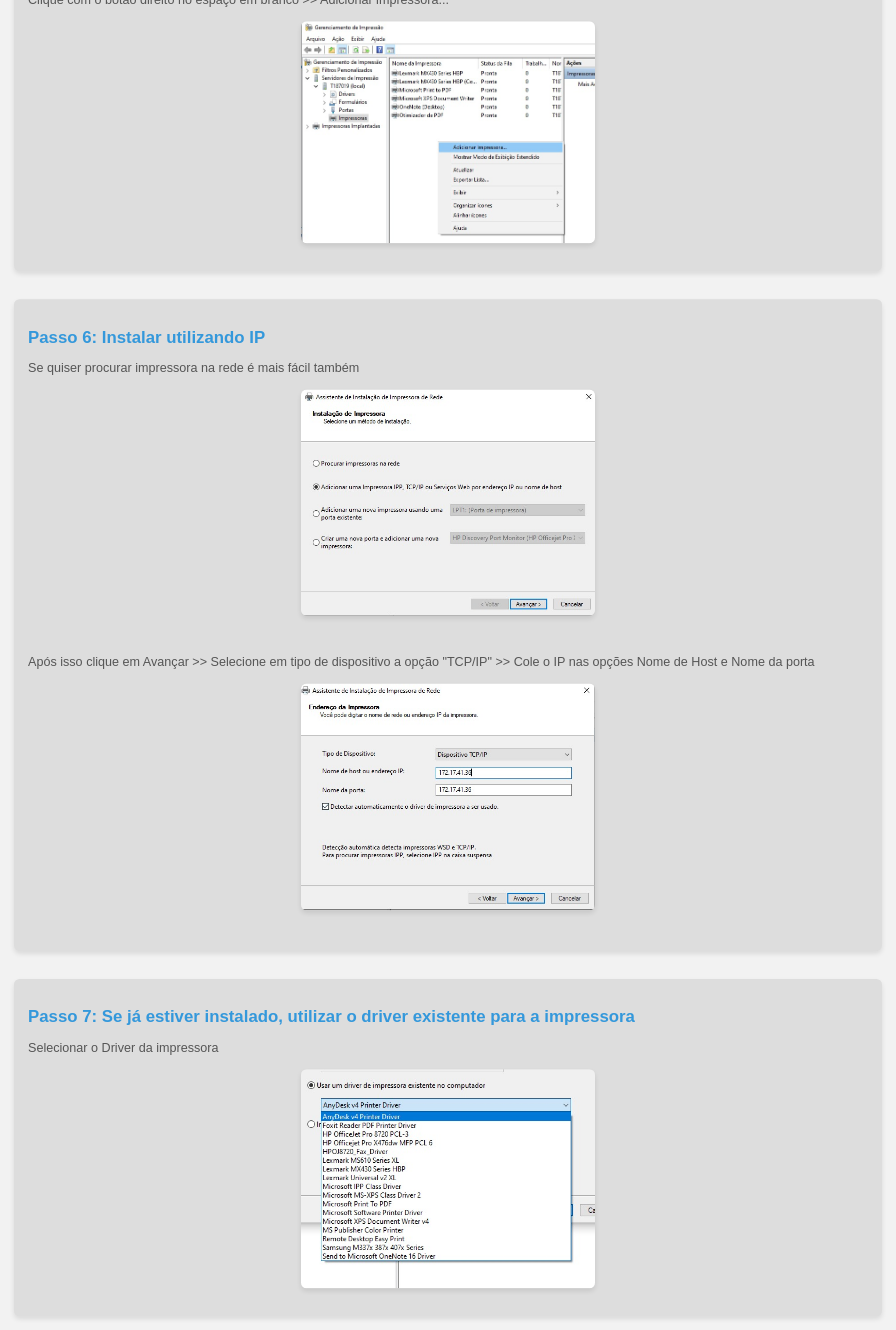
Repository: I4guito/dicasdez
Page: Dicas site/impressoras/instalaçãoi.html
These files come from the project's save history. The page is drawn as it stood at one moment and after a run of saves; the edit follows.
The browser window is 1280 px wide. The pictures show the part of the page from y = 1869 to 3769 px (the page is 4806 px tall before and 4842 px after), at 70% of full size.
A picture or video elsewhere on the page could not be fetched, so the positions and the page height are approximate.

Above is the page before, as saved 2023-11-27 16:06:22.

### Dicas site/impressoras/instalaçãoi.html
<!DOCTYPE html>

<html lang="pt-br">
    <head>
        <meta charset="UTF-8">
        <meta name="viewport" content="width=device-width, initial-scale=1.0">
        <link rel="stylesheet" href="imp.css">
        <script src="/Dicas site/opera.js"></script>
        <title>Passo a Passo Tutorial</title>

    </head>
    <body>
        <header><a href="javascript:history.back()" class="voltar-btn">&#8592; Voltar</a></header>

        <h1>Instalar/configurar impressora</h1>

        <div class="step">
            <h2>Passo 1: Pedir a tag ou tombo</h2>
            <p>
                Tag = Impressora locada/alugada<br>
                Tombo = Impressora pertence ao MP
            </p>

        </div>


        <div class="step">
            <h2>Passo 2: Procurar IP usando Tecnologia da Informação e Comunicação (TIC - Filtro de busca)</h2>
            <p>
                Descreva o primeiro passo para resolver o problema. Forneça detalhes e, se possível, inclua uma imagem para ilustrar.
            </p>
            <img src="/Dicas site/impressoras/imagens/materiais ip fixo.jpeg" alt="Imagem do passo 2"><br>
            <p>Disponível no link: <a href="https://intra.mp.rs.gov.br/site/accounts/login/?next=https://intra.mp.rs.gov.br/informatica/interno/materiais/index_html">https://intra.mp.rs.gov.br/site/accounts/login/?next=https://intra.mp.rs.gov.br/informatica/interno/materiais/index_html</a></p>
        </div>

        <div class="step">
            <h2>Passo 3: Abrir "Gerenciamento de impressão"</h2>
            <p>
                Se quiser fazer pelo Painel de Controle, dá na mesma. Eu particularmente prefiro pelo gerenciamento de impressão
            </p>
            <img src="/Dicas site/impressoras/imagens/gerenciamento impressão.jpeg" alt="Imagem do passo 3">
        </div>

        <div class="step">
            <h2>Passo 4: Ir até impressoras</h2>
            <p>
                Servidores de impressão >> Tombo local >> Impressoras
            </p>
            <img src="/Dicas site/impressoras/imagens/servidores impressão.jpeg" alt="Imagem do passo 4">
        </div>

        <div class="step">
            <h2>Passo 5: Adicionar uma impressora</h2>
            <p>
                Clique com o botão direito no espaço em branco >> Adicionar impressora...
            </p>
            <img src="/Dicas site/impressoras/imagens/add impressora.jpeg" alt="Imagem do passo 5">
        </div>

        <div class="step">
            <h2>Passo 6: Instalar utilizando IP</h2>
            <p>
                Se quiser procurar impressora na rede é mais fácil também
            </p>
            <img src="/Dicas site/impressoras/imagens/procuirar.jpeg" alt="Imagem do passo 6"><br>

            <p>Após isso clique em Avançar >> Selecione em tipo de dispositivo a opção "TCP/IP" >> Cole o IP nas opções Nome de Host e Nome da porta </p>

            <img src="/Dicas site/impressoras/imagens/porta IP.jpeg" alt="Imagem do passo 6"><br>

        </div>

        <div class="step">
            <h2>Passo 7: Se já estiver instalado, utilizar o driver existente para a impressora</h2>
            <p>
                Selecionar o Driver da impressora
            </p>
            <img src="/Dicas site/impressoras/imagens/driver_existente.jpeg" alt="Imagem do passo 2">
        </div>

        <div class="step">
            <h2>Passo : Primeira Ação</h2>
            <p>
                Descreva o primeiro passo para resolver o problema. Forneça detalhes e, se possível, inclua uma imagem para ilustrar.
            </p>
            <img src="passo2.jpg" alt="Imagem do passo 2">
        </div>

        <div class="step">
            <h2>Passo : Primeira Ação</h2>
            <p>
                Descreva o primeiro passo para resolver o problema. Forneça detalhes e, se possível, inclua uma imagem para ilustrar.
            </p>
            <img src="passo2.jpg" alt="Imagem do passo 2">
        </div>

    </body>
    </html>

### Dicas site/impressoras/imp.css
body {
    font-family: 'Arial', sans-serif;
    margin: 20px;
    background-color: #f2f2f2;
}

h1 {
    text-align: center;
    color: #333;
}

p{
    font-size: 18px;
}

.step {
    margin-bottom: 40px;
    background-color: #ddd;
    padding: 20px;
    border-radius: 8px;
    box-shadow: 0 4px 8px rgba(0, 0, 0, 0.1);
}

.step h2 {
    color: #3498db;
}

.step p {
    color: #555;
}

.step img {
    max-width: 35%;
    height: auto;
    display: block;
    margin: 20px auto;
    border-radius: 8px;
    box-shadow: 0 4px 8px rgba(0, 0, 0, 0.1);


}

.voltar-btn {
    position: absolute;
    left: 10px;
    top: 10px;
    text-decoration: none;
    color: #fff;
    font-size: 16px;
    padding: 10px;
    background-color: #555;
    border: none;
    border-radius: 5px;
    cursor: pointer;
    transition: background-color 0.3s;
}

.voltar-btn:hover {
    background-color: #777;
}

### Dicas site/opera.js

const isOpera = navigator.userAgent.indexOf("OPR") > -1;


if (isOpera) {
  document.addEventListener("DOMContentLoaded", function () {
    document.querySelector("body").style.backgroundColor = "#005c4b";
    document.querySelector(".container").style.color = "#333";
  });
}

After the next 2 saves:
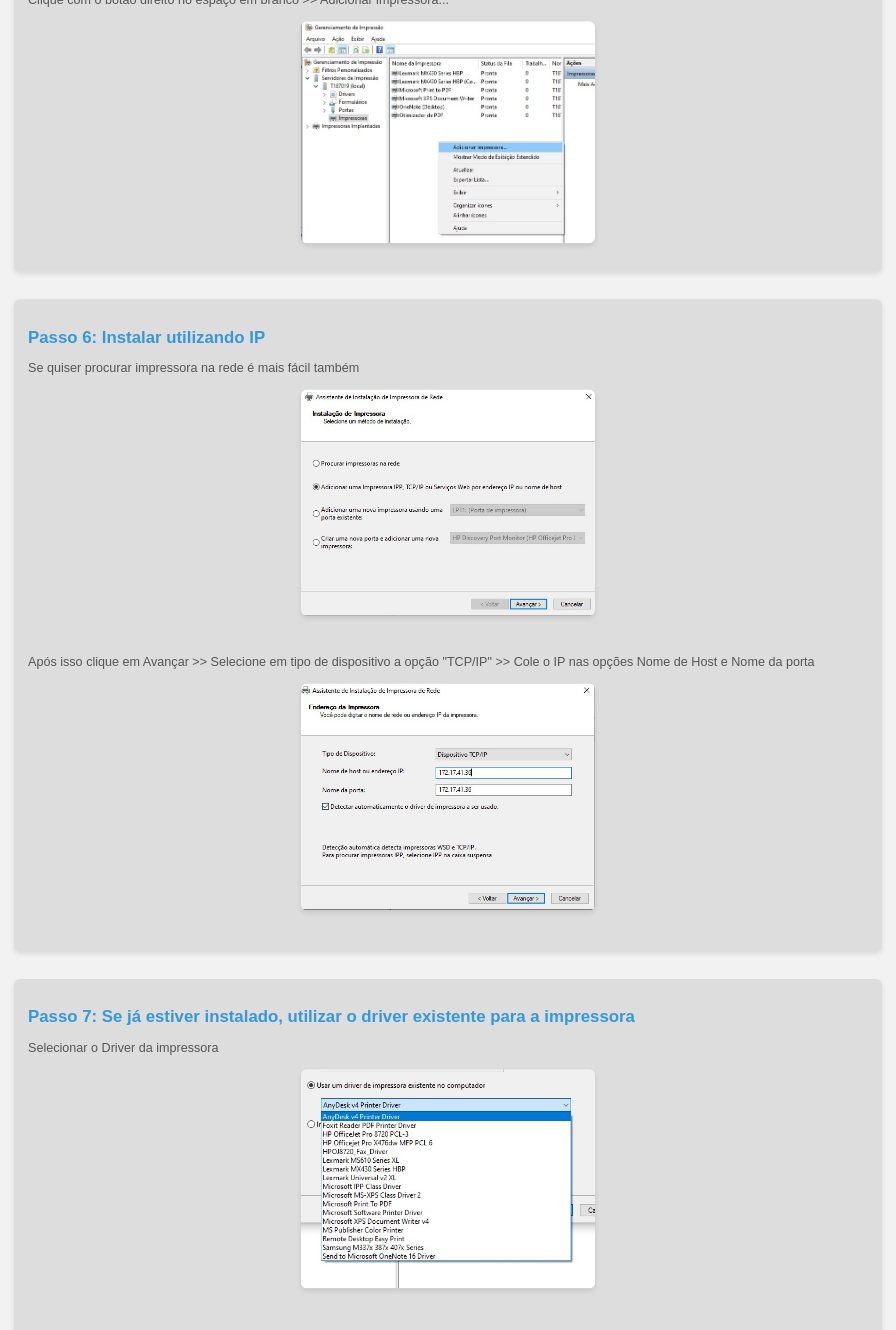
The 2 saves are shown as one change because they came seconds apart.
The last was saved 11 s later.
--- a/Dicas site/impressoras/instalaçãoi.html
+++ b/Dicas site/impressoras/instalaçãoi.html
@@ -75,7 +75,12 @@
             <p>
                 Selecionar o Driver da impressora
             </p>
-            <img src="/Dicas site/impressoras/imagens/driver_existente.jpeg" alt="Imagem do passo 2">
+            <img src="/Dicas site/impressoras/imagens/driver_existente.jpeg" alt="Imagem do passo 2"><br>
+
+            <p></p>
+
+
+
         </div>
 
         <div class="step">
